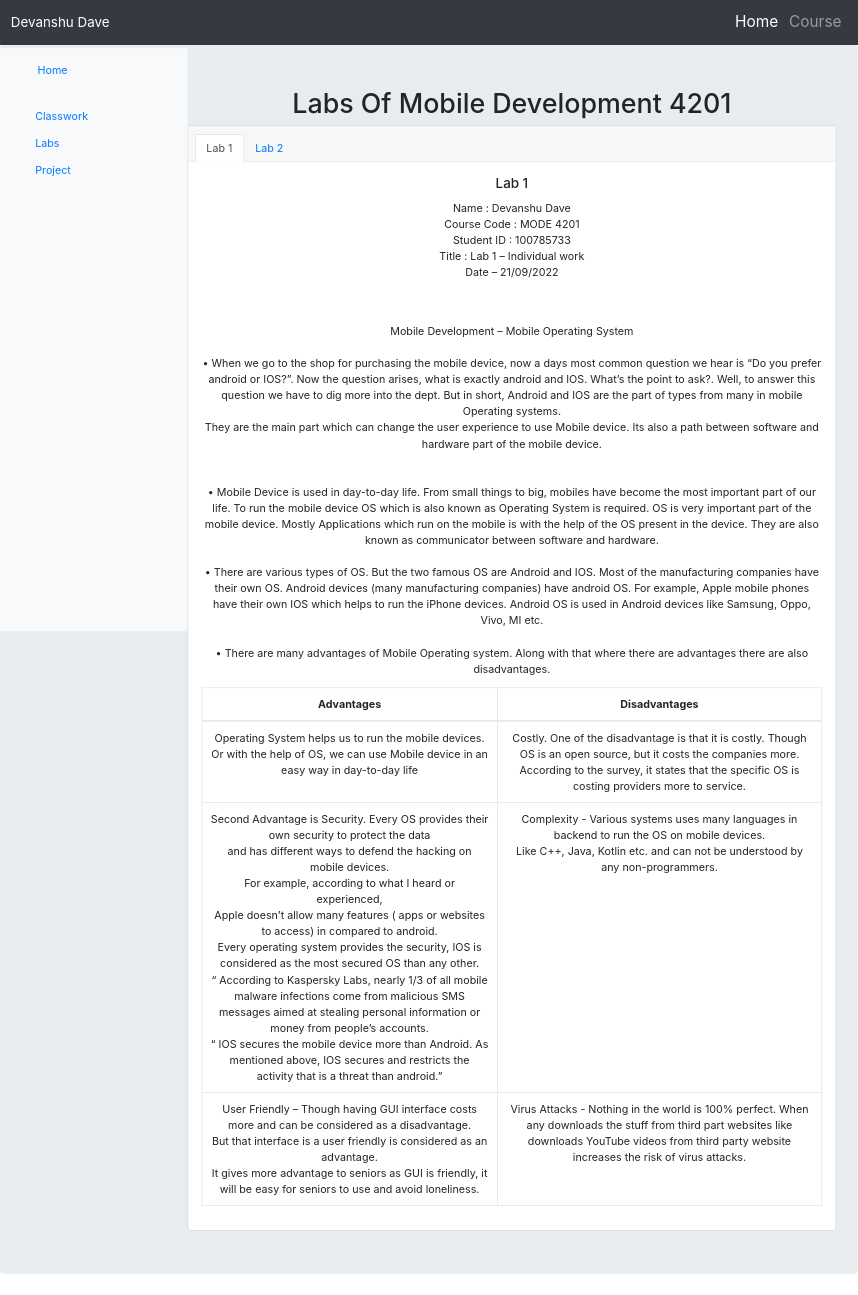
Repository: devanshudave1901/Mobile-Dev-Website
Page: labs.html
These files come from the project's save history. The page is drawn as it stood at one moment and after a run of saves; the edit follows.
The browser window is 1280 px wide. The pictures show the whole page, at 67% of full size.
Some web libraries are served in a nearby version.

Above is the page before, as saved 2022-10-05 15:47:56.

After the next 2 saves:
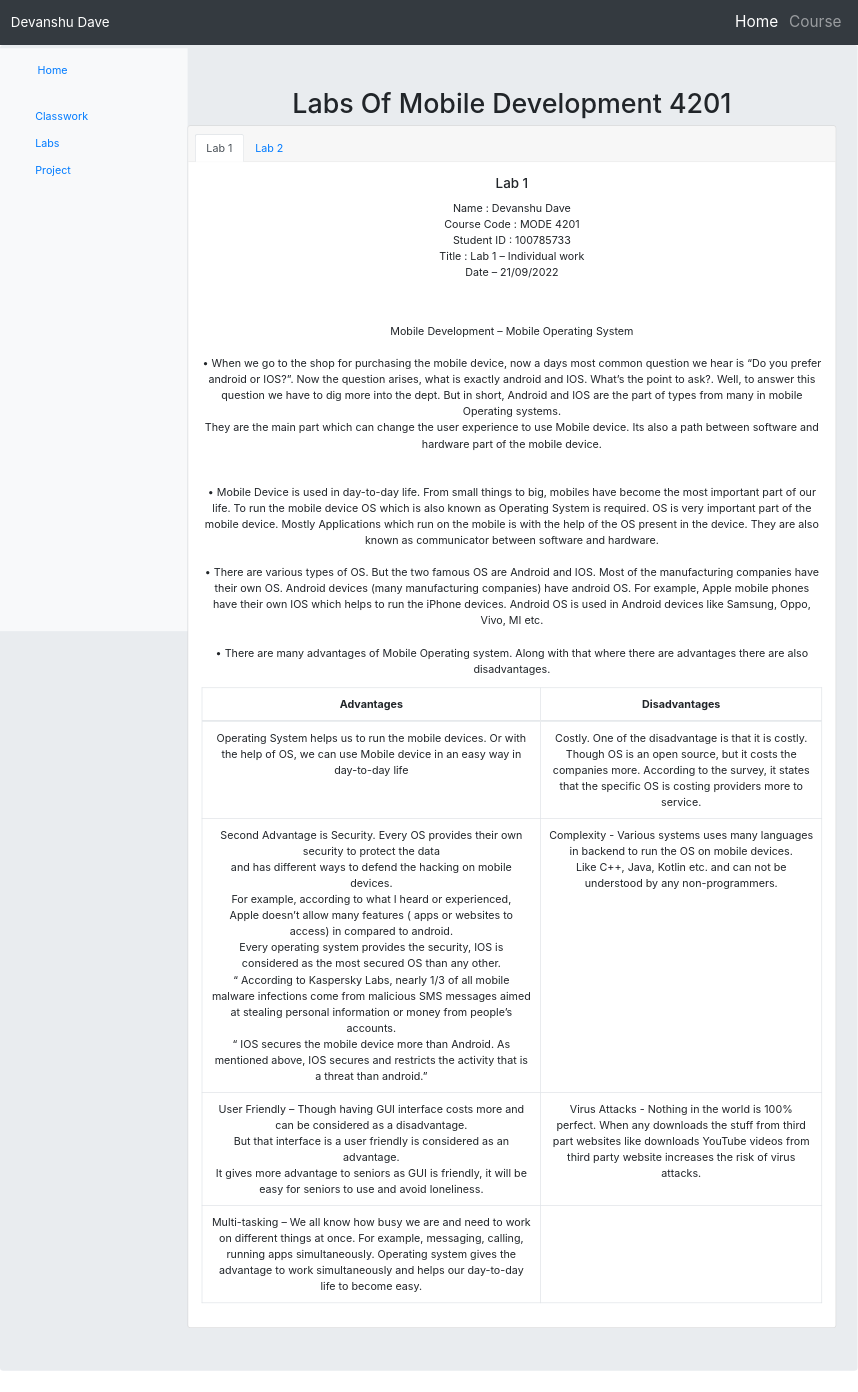
The 2 saves are shown as one change because they came seconds apart.
The last was saved 50 s later.
--- a/labs.html
+++ b/labs.html
@@ -218,6 +218,13 @@
                         videos from third party website increases the risk of virus attacks.
                     </td>
                   </tr>
+                  <tr>
+                    <td>
+                        Multi-tasking – We all know how busy we are and need to work on different things at once.
+                        For example, messaging, calling, running apps simultaneously.
+                         Operating system gives the advantage to work simultaneously and helps our day-to-day life to become easy.
+                    </td>
+                  </tr>
                 </tbody>
               </table>
             </div>
